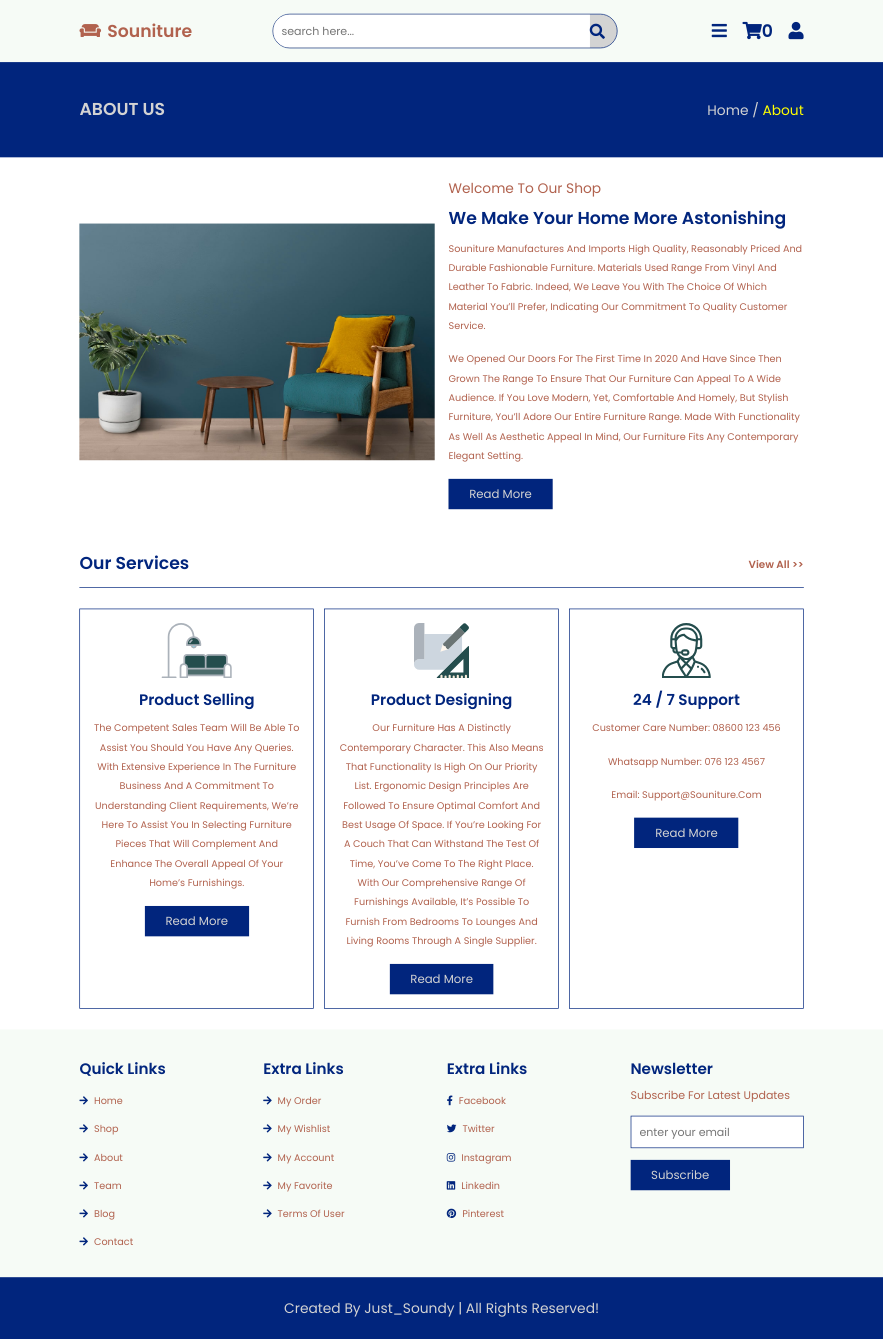
Repository: spencersoundy/furniture-store
Page: about.html
These files come from the project's save history. The page is drawn as it stood at one moment and after the next save; the edit follows.
The browser window is 1280 px wide. The pictures show the whole page, at 69% of full size.

Above is the page before, as saved 2023-05-04 17:13:44.
Console error: TypeError: Cannot read properties of null (reading 'addEventListener')

After the next save:
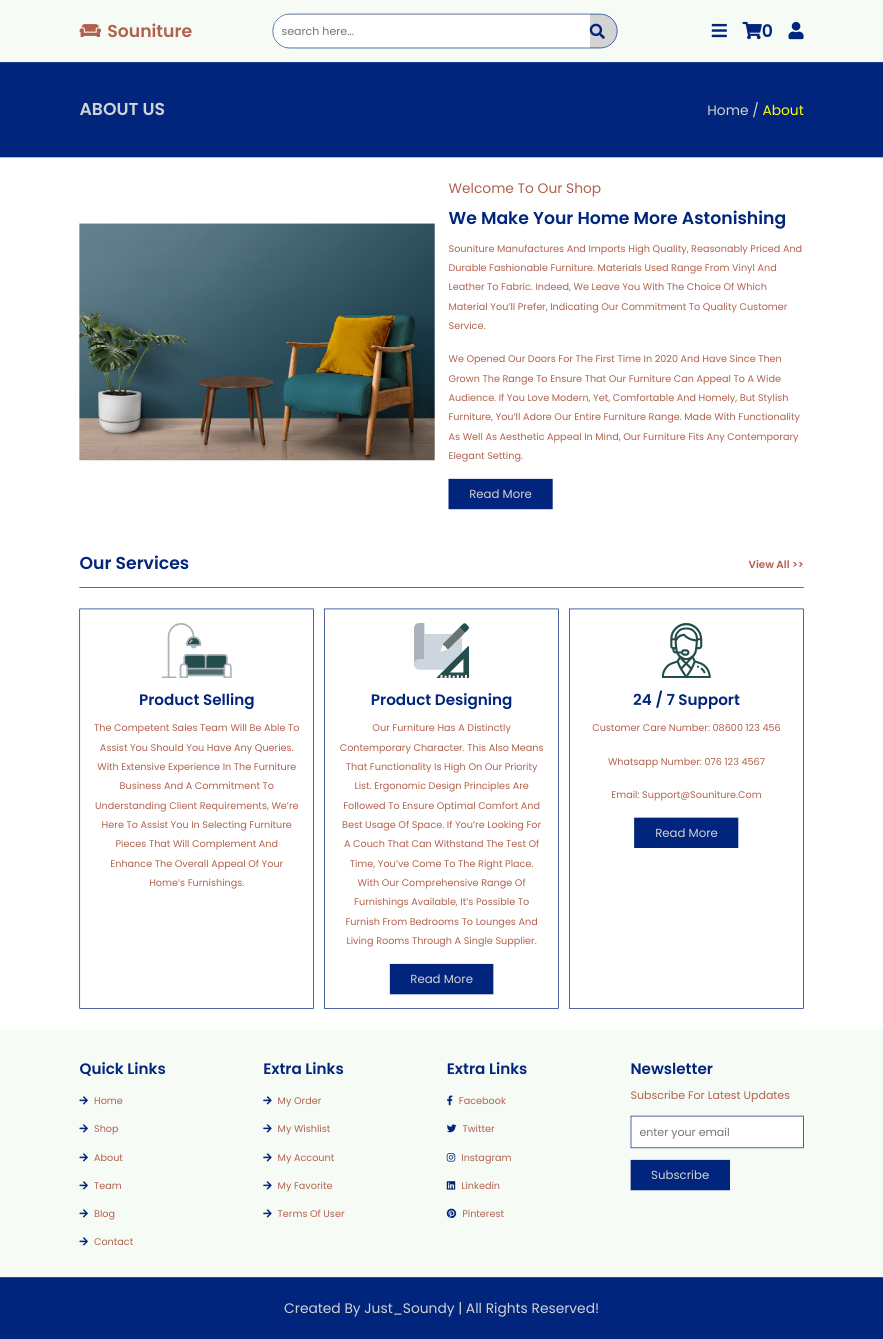
Saved 41 s later.
--- a/about.html
+++ b/about.html
@@ -127,7 +127,7 @@
             <img src="image/serv-1.svg" alt="">
             <h3>product selling</h3>
             <p>The competent sales team will be able to assist you should you have any queries. With extensive experience in the furniture business and a commitment to understanding client requirements, we’re here to assist you in selecting furniture pieces that will complement and enhance the overall appeal of your home’s furnishings.</p>
-            <a href="#" class="btn">read more</a>
+
         </div>
 
         <div class="box">
